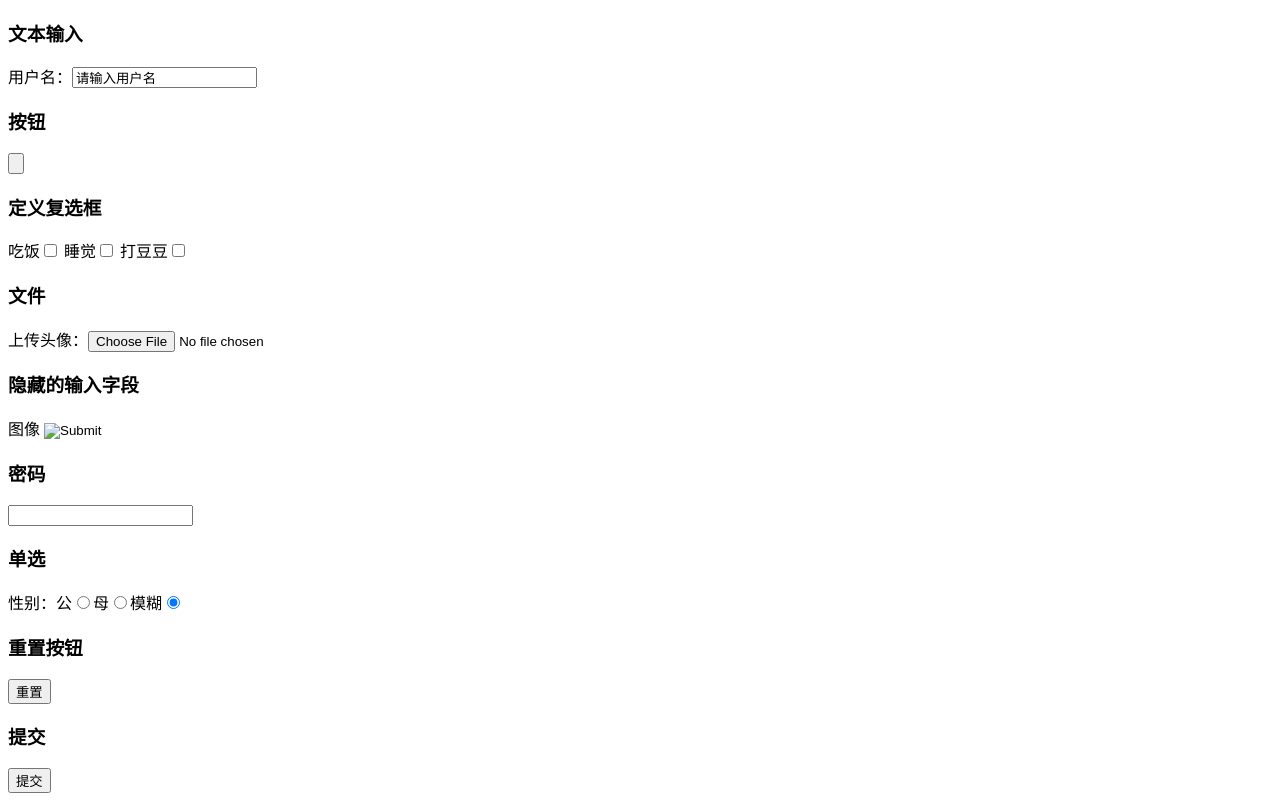
Repository: TheBestBadGuy0228/code
Page: day2_表单.html
An editor plug-in stored every save of this project. The page is shown before and after the next save, followed by the edit.
The browser window is 1280 px wide. The pictures show the whole page.

Above is the page before, as saved 2021-06-23 17:07:19.

After the next save:
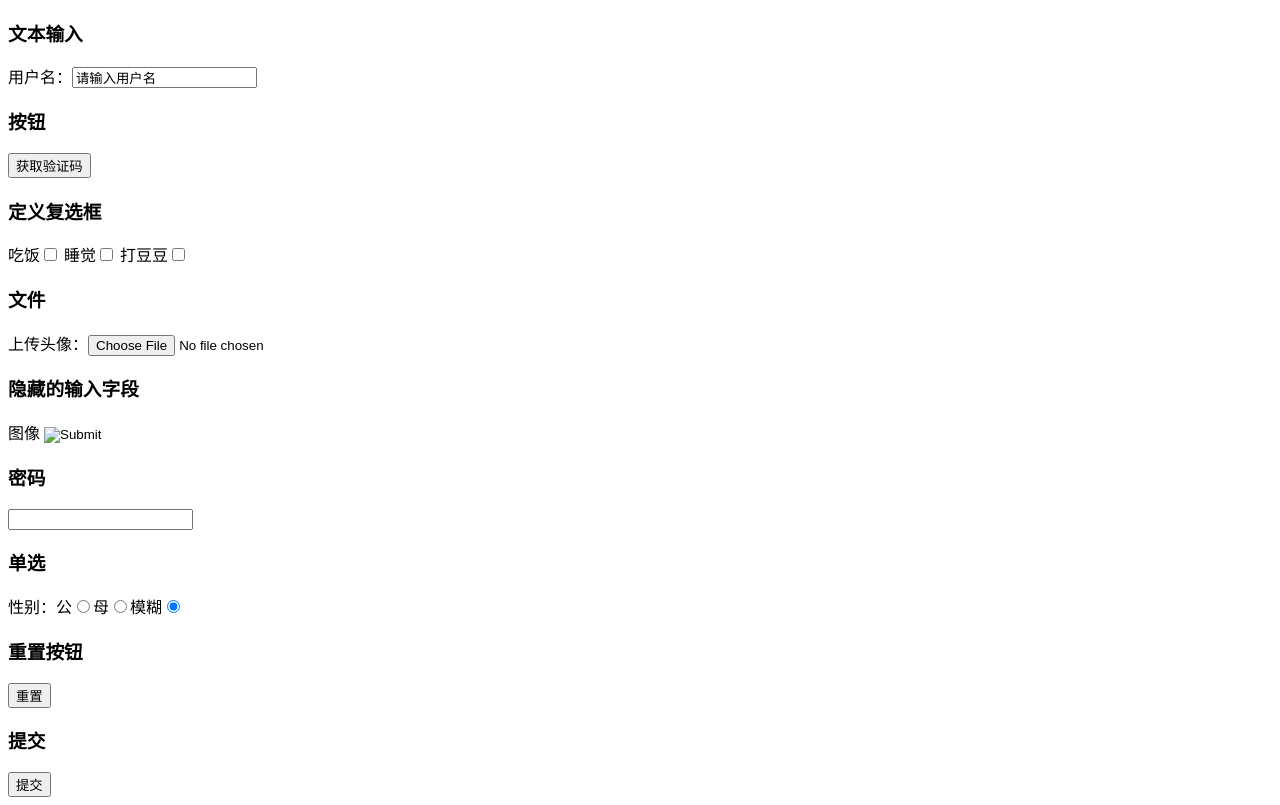
Saved 99 s later.
--- a/day2_表单.html
+++ b/day2_表单.html
@@ -19,7 +19,7 @@
         <h3>文本输入</h3>
         用户名：<input type="text" value="请输入用户名" maxlength="6" >
         <h3>按钮</h3>
-        <input type="button">
+        <input type="button" value="获取验证码">
         <h3>定义复选框</h3>
         吃饭<input type="checkbox" name="like" value="吃饭">
         睡觉<input type="checkbox" name="like" value="睡觉">
